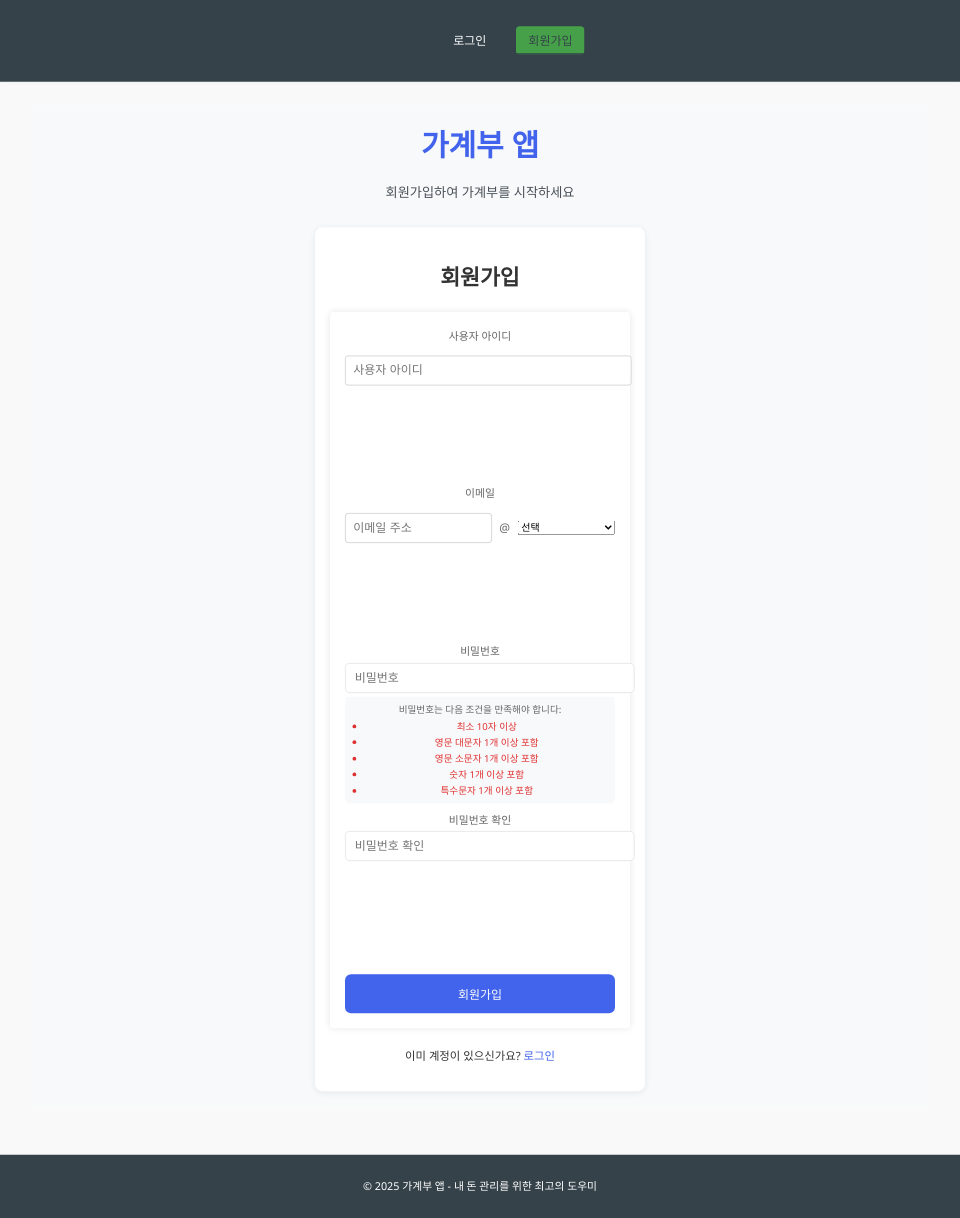
Repository: dldnwls07/Register_Login_Form
Page: /register
The author's editor kept a copy of each file at every save. The page is drawn from the files as they stood at one save, then again after the next save.
The browser window is 1280 px wide. The pictures show the whole page, at 75% of full size.
The project was rebuilt for these pictures with package versions that can differ from the ones it lists, and the page was loaded fresh each time. Also part of the build but not shown: src/components/Summary.jsx, src/styles/pages/MainPage.css, src/pages/MainPage.jsx, src/utils/categoryData.js, src/components/CategorySelector.jsx, src/components/EntryForm.jsx, src/components/EntryTable.jsx, src/components/SearchBar.jsx and 15 more.

Above is the page before, as saved 2025-05-23 14:13:21.

After the next save:
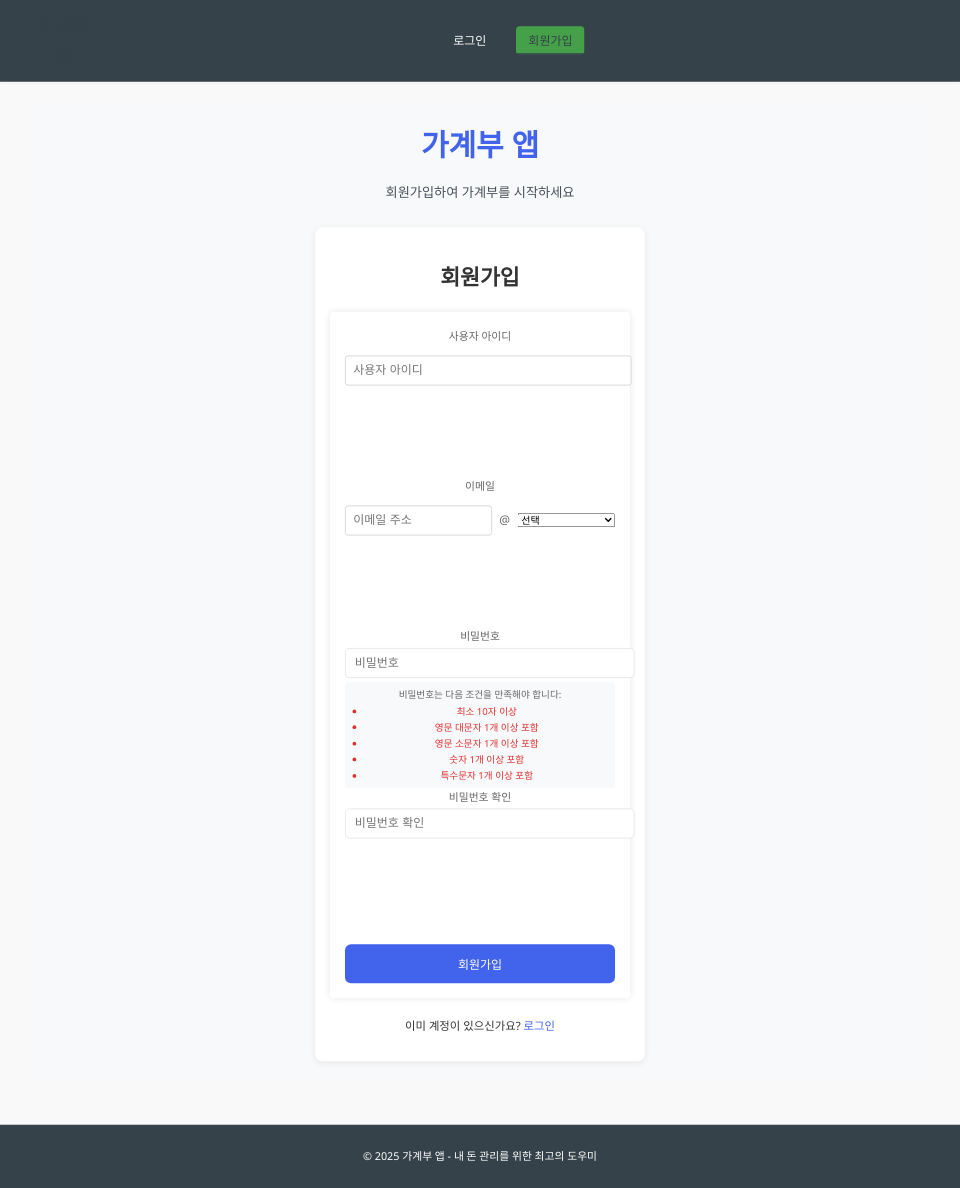
Saved 4 s later.
--- a/src/styles/components/AuthForm.css
+++ b/src/styles/components/AuthForm.css
@@ -26,7 +26,7 @@
 .form-group {
   display: flex;
   flex-direction: column;
-  margin-bottom: 10px;
+  margin-bottom: 0px;
 }
 
 .form-group label {
